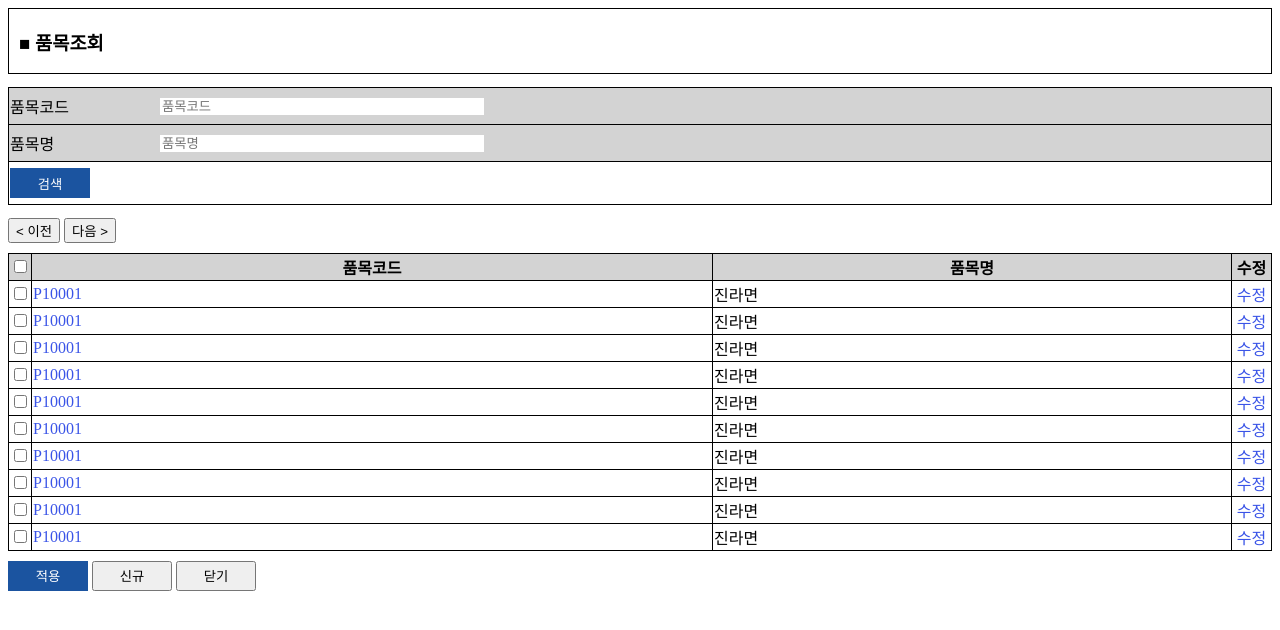
Repository: yoosb0328/js-project
Page: search-popup.html
These files come from the project's save history. The page is drawn as it stood at one moment and after the next save; the edit follows.
The browser window is 1280 px wide. The pictures show the whole page.

Above is the page before, as saved 2024-08-05 13:33:46.

After the next save:
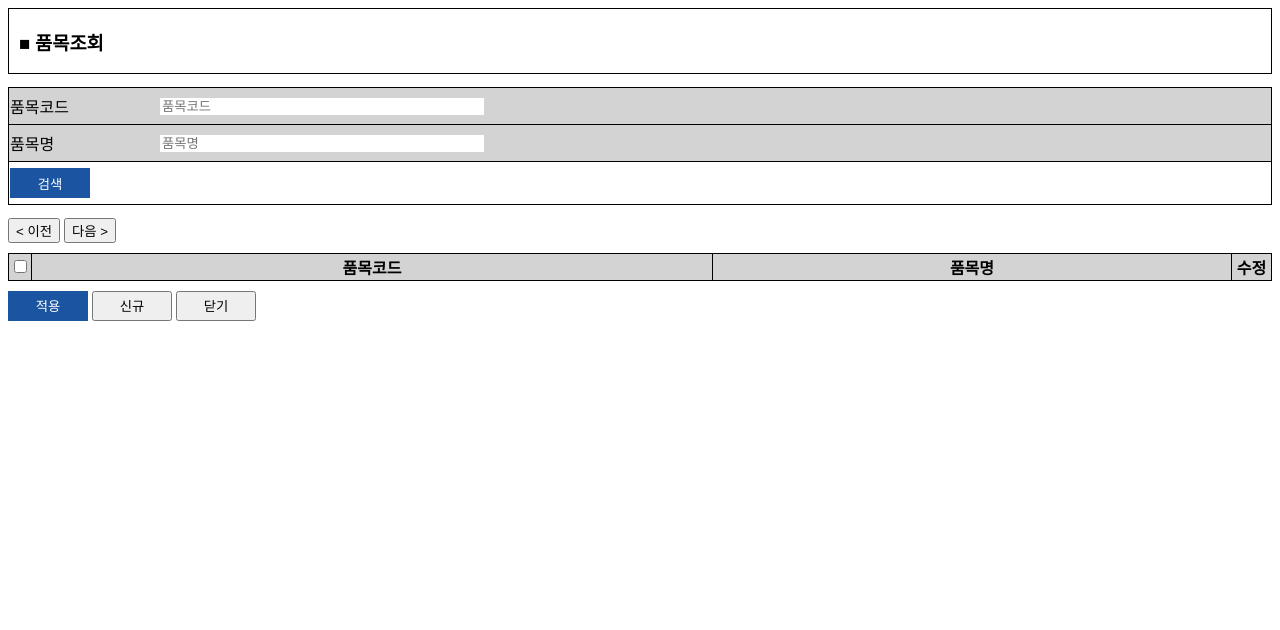
Saved 22 s later.
--- a/search-popup.html
+++ b/search-popup.html
@@ -68,7 +68,7 @@
                     </tr>
                 </thead>
                 <tbody>
-                    <tr>
+                    <!-- <tr>
                         <td class="center-align-cell"><input type="checkbox"></td>
                         <td class="left-align-cell product-code">P10001</td>
                         <td class="left-align-cell" >진라면</td>
@@ -127,7 +127,7 @@
                         <td class="left-align-cell product-code">P10001</td>
                         <td class="left-align-cell" >진라면</td>
                         <td class="center-align-cell modify">수정</td>
-                    </tr>
+                    </tr> -->
                 </tbody>
             </table>
         </div>
